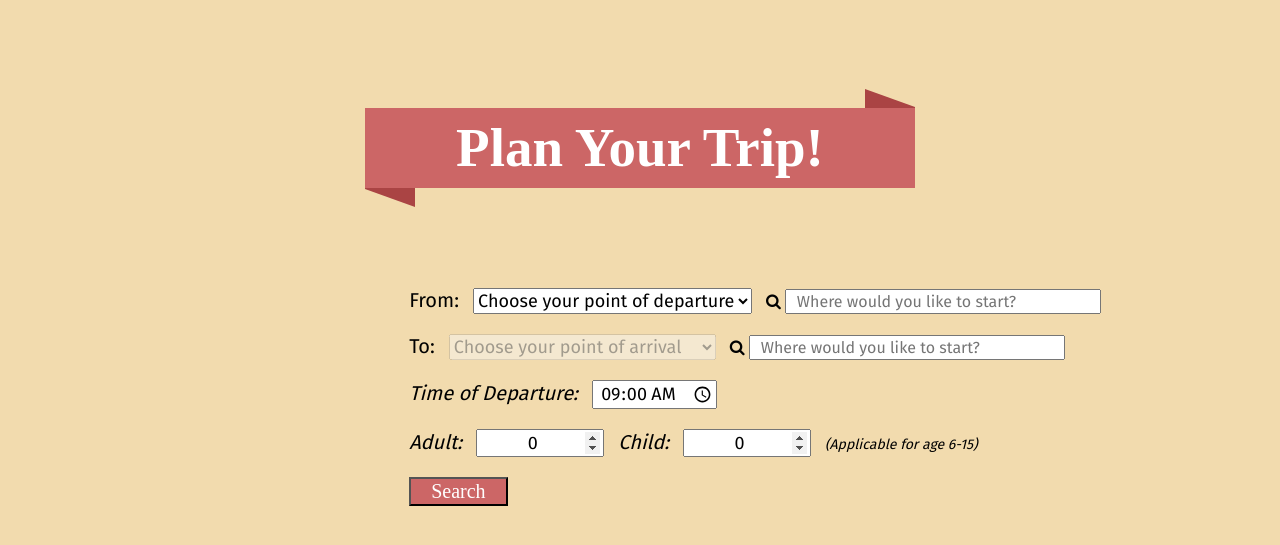
Repository: bbh0607/bae_dNation
Page: public/index.html
The author's editor kept a copy of each file at every save. The page is drawn from the files as they stood at one save, then again after a run of saves.
The browser window is 1280 px wide. The pictures show the whole page.
Some web fonts or font styles are not loaded; a fallback is used.

Above is the page before, as saved 2020-02-01 15:42:21.

After the next 2 saves:
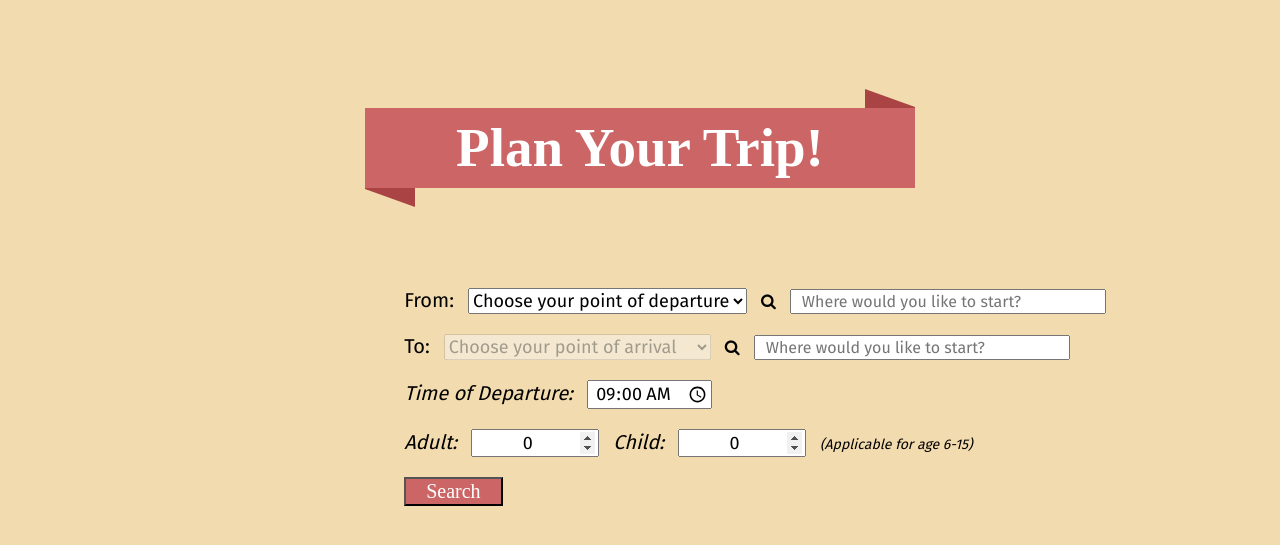
The 2 saves are shown as one change because they came seconds apart.
The last was saved 11 s later.
--- a/public/css/style.css
+++ b/public/css/style.css
@@ -97,5 +97,5 @@ input[type='time']::-webkit-outer-spin-button {
 }
 
 .icon{
-  margin
+  margin-right: 10px;
 }
